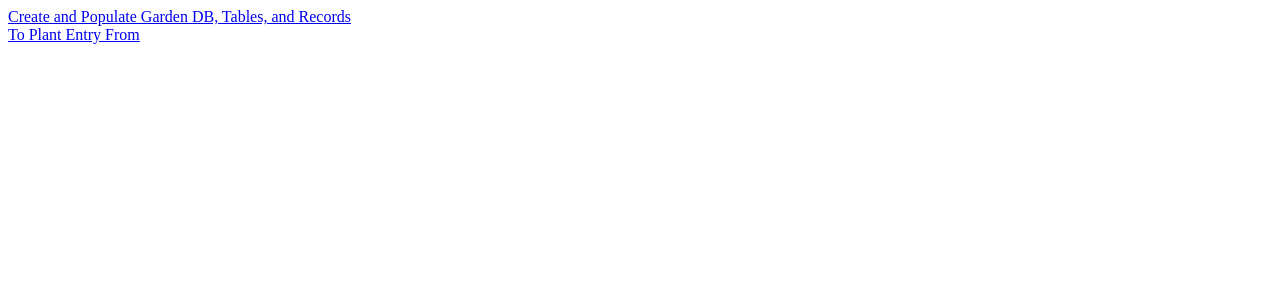
Repository: bkyncl/csd-430
Page: http://localhost/kyncl_08/
An editor plug-in stored every save of this project. The page is shown before and after the next save, followed by the edit.
The browser window is 1280 px wide. The pictures show the whole page.
The page is served by Tomcat 9. Other server files are loaded and not shown.

Above is the page before, as saved 2023-07-04 09:56:51.

### kyncl_08/src/main/webapp/index.jsp
<%@ page language="java" contentType="text/html; charset=ISO-8859-1"
    pageEncoding="ISO-8859-1"%>
<!DOCTYPE html>
<html>
<head>
<meta charset="ISO-8859-1">
<title>Garden Database Index</title>
</head>
<body>
	<a href="<%=request.getContextPath()%>/plants?action=CreateAndPop">Create and Populate Garden DB, Tables, and Records</a>
	<br>
	<a href="/kyncl_08/form.jsp">To Plant Entry From</a>
</body>
</html>

After the next save:
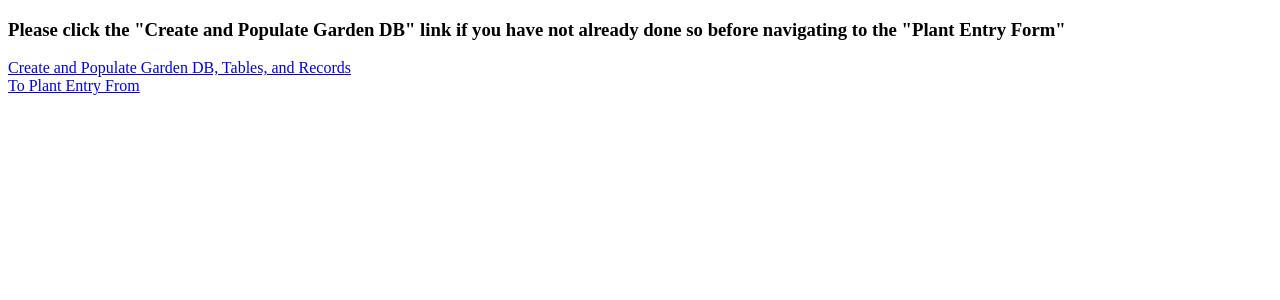
Saved 2 min 7 s later.
--- a/kyncl_08/src/main/webapp/index.jsp
+++ b/kyncl_08/src/main/webapp/index.jsp
@@ -7,6 +7,7 @@
 <title>Garden Database Index</title>
 </head>
 <body>
+	<h3>Please click the "Create and Populate Garden DB" link if you have not already done so before navigating to the "Plant Entry Form"</h3>
 	<a href="<%=request.getContextPath()%>/plants?action=CreateAndPop">Create and Populate Garden DB, Tables, and Records</a>
 	<br>
 	<a href="/kyncl_08/form.jsp">To Plant Entry From</a>
